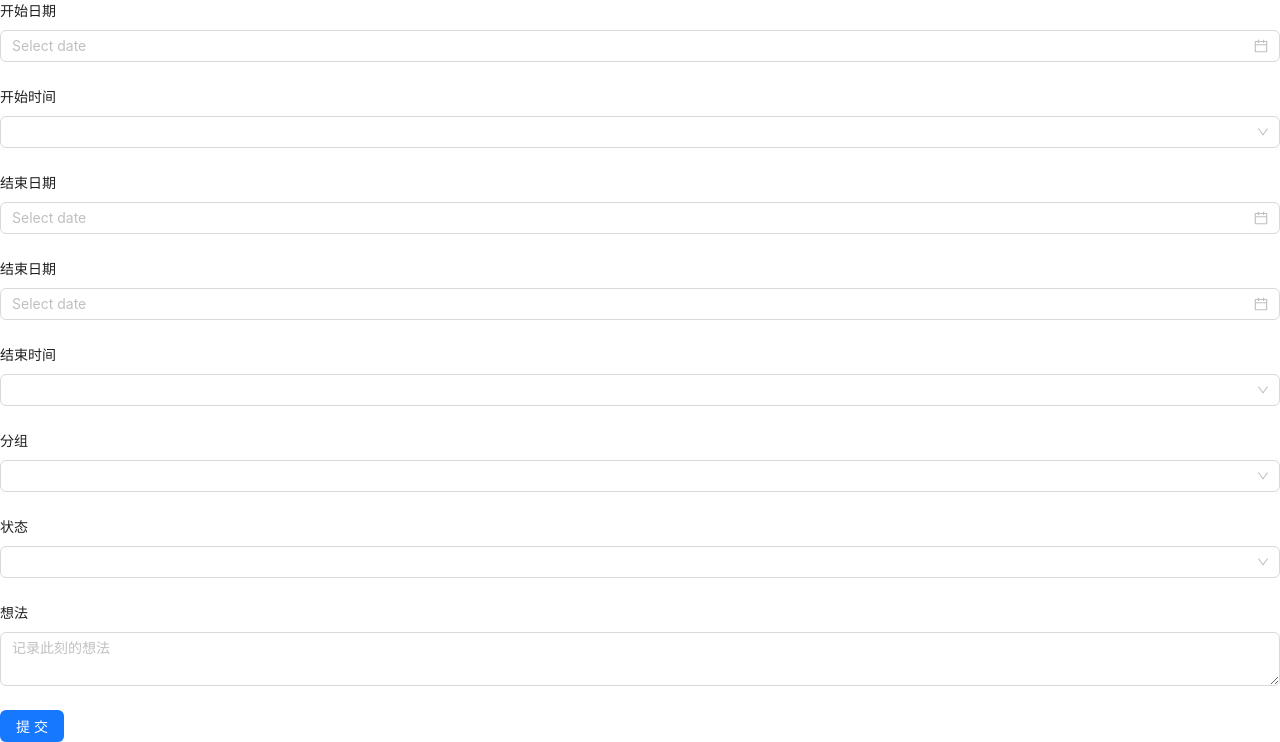
Repository: wujieli0207/time-value-app
Page: /
An editor plug-in stored every save of this project. The page is shown before and after the next save, followed by the edit.
The browser window is 1280 px wide. The pictures show the whole page.
The project was rebuilt for these pictures with package versions that can differ from the ones it lists, and the page was loaded fresh each time. Also part of the build but not shown: vite.config.ts.

Above is the page before, as saved 2024-01-29 11:02:36.

### src/main.tsx
import './style/index.less'

import React from 'react'
import ReactDOM from 'react-dom/client'
import App from './App.tsx'

ReactDOM.createRoot(document.getElementById('root')!).render(
  <React.StrictMode>
    <App />
  </React.StrictMode>
)

### src/App.tsx
import { Button, Form, Input, DatePicker, Select, Space } from 'antd'
import { useMemo } from 'react'
import { generateTimesGap } from '@/utils'
import { ITimeInterface } from '#/time'
import { catagoryConfig, statusConfig } from '@/config/time'

interface FieldType
  extends Pick<ITimeInterface, 'catagoryId' | 'description' | 'status'> {
  startDate: string
  startTime: string
  endDate: string
  endTime: string
}

function App() {
  const timeRange = useMemo(() => {
    return generateTimesGap()
  }, [])

  return (
    <>
      <Form layout="vertical">
        <Form.Item<FieldType> name="startDate" label="开始日期">
          <DatePicker className="w-full" />
        </Form.Item>
        <Form.Item<FieldType> name="startTime" label="开始时间">
          <Select options={timeRange} />
        </Form.Item>
        <Form.Item label="结束日期">
          <DatePicker className="w-full" />
        </Form.Item>
        <Form.Item<FieldType> name="endDate" label="结束日期">
          <DatePicker className="w-full" />
        </Form.Item>
        <Form.Item<FieldType> name="endTime" label="结束时间">
          <Select options={timeRange} />
        </Form.Item>

        <Form.Item<FieldType> name="catagoryId" label="分组">
          <Select>
            {catagoryConfig.map((item) => (
              <Select.Option key={item.value} value={item.value}>
                <Space>
                  <div
                    className="w-2 h-2 rounded-full"
                    style={{ backgroundColor: item.color }}
                  />
                  {item.label}
                </Space>
              </Select.Option>
            ))}
          </Select>
        </Form.Item>

        <Form.Item<FieldType> name="status" label="状态">
          <Select>
            {statusConfig.map((item) => (
              <Select.Option key={item.value} value={item.value}>
                <Space>
                  {/* <div
                    className="w-2 h-2 rounded-full"
                    style={{ backgroundColor: item.color }}
                  /> */}
                  {item.label}
                </Space>
              </Select.Option>
            ))}
          </Select>
        </Form.Item>

        <Form.Item<FieldType> name="description" label="想法">
          <Input.TextArea placeholder="记录此刻的想法" />
        </Form.Item>
      </Form>

      <Button type="primary">提交</Button>
    </>
  )
}

export default App

### src/utils/index.ts
export { dateFormat, generateTimesGap } from './date'

### src/config/time.ts
import { StatusEnum } from '@/enums/time'

export const catagoryConfig = [
  {
    value: 'work',
    label: '工作',
    color: 'red',
  },
  {
    value: 'improve',
    label: '自我提升',
    color: 'blue',
  },
  {
    value: 'live',
    label: '生活',
    color: 'green',
  },
  {
    value: 'boring',
    label: '无聊',
    color: 'gray',
  },
]

export const statusConfig = [
  {
    value: StatusEnum.GOOD,
    label: '还不错',
  },
  {
    value: StatusEnum.MIDDLE,
    label: '一般般',
  },
  {
    value: StatusEnum.BAD,
    label: '不太行',
  },
]

### src/utils/date.ts
import dayjs, { ConfigType } from 'dayjs'
import { DateFormatEnum } from '@/enums/global'

/**
 * @description 日期格式化
 */
export function dateFormat(
  date: ConfigType,
  fmt = DateFormatEnum.DATE
): string {
  if (date) {
    const result = dayjs(date).format(fmt)
    return result === 'Invalid date' ? '' : result
  }

  return ''
}

/**
 * @description 按照每 15 分钟到间隔，生成时间选择列表
 */
export function generateTimesGap(): Array<Record<'label' | 'value', string>> {
  const times = []
  for (let i = 0; i < 24; i++) {
    for (let j = 0; j < 60; j += 15) {
      const date = new Date()
      date.setHours(i, j)
      const isPM = i >= 12
      const hour = isPM ? i - 12 : i
      const minute = j < 10 ? '0' + j : j
      const label = `${isPM ? '下午' : '上午'} ` + hour + ':' + minute
      times.push({
        label: label,
        value: dateFormat(date, DateFormatEnum.MINUTE),
      })
    }
  }
  return times
}

### src/enums/time.ts
export enum StatusEnum {
  GOOD = 'GOOD',
  MIDDLE = 'MIDDLE',
  BAD = 'BAD',
}

### src/enums/global.ts
export enum ThemeEnum {
  SYSTEM = 'system', // 跟随系统
  LIGHT = 'light',
  DARK = 'dark',
}

export enum LanguageEnum {
  ZH_CN = 'zh-CN',
  EN_US = 'en-US',
}

export enum DateFormatEnum {
  DATE = 'YYYY-MM-DD',
  DATE_TIME = 'YYYY-MM-DD HH:mm:ss',
  DATE_MINUTE = 'YYYY-MM-DD HH:mm',
  MINUTE = 'HH:mm',
}

Loaded but not shown: index.html (common file); src/style/index.less (common file); tailwind.config.js (common file)

After the next save:
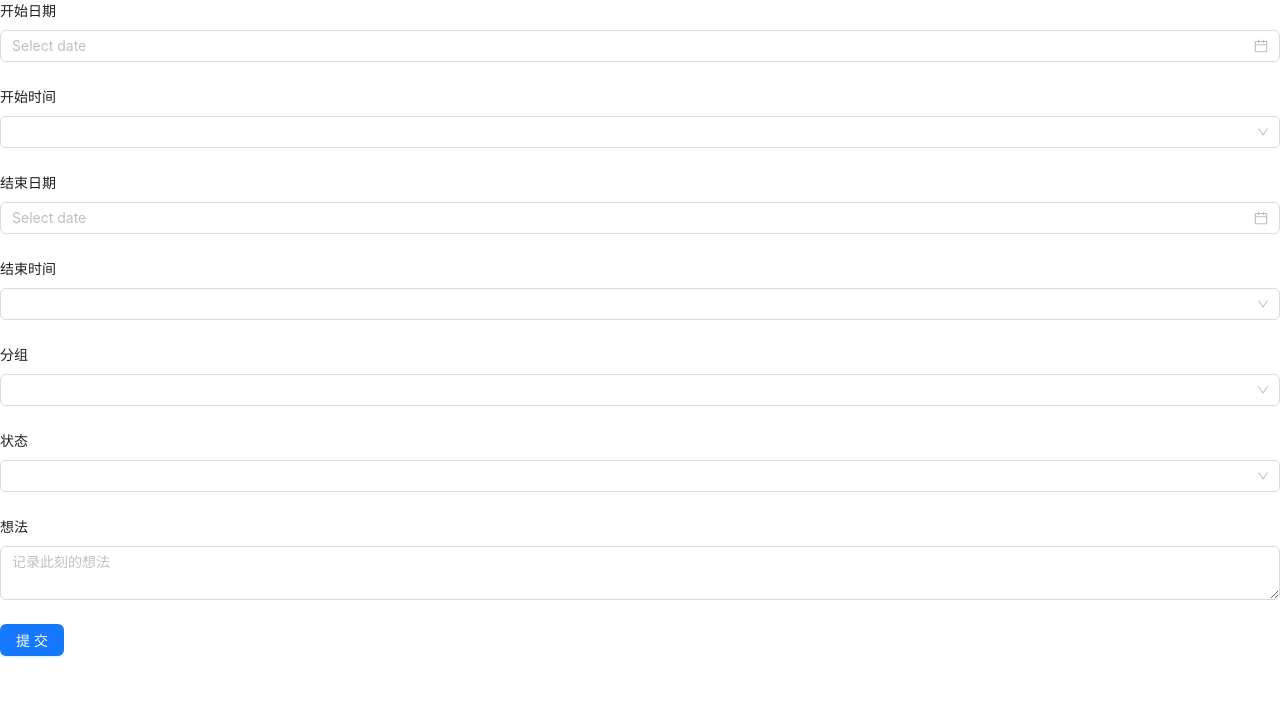
Saved 29 s later.
--- a/src/App.tsx
+++ b/src/App.tsx
@@ -25,9 +25,6 @@ function App() {
         </Form.Item>
         <Form.Item<FieldType> name="startTime" label="开始时间">
           <Select options={timeRange} />
-        </Form.Item>
-        <Form.Item label="结束日期">
-          <DatePicker className="w-full" />
         </Form.Item>
         <Form.Item<FieldType> name="endDate" label="结束日期">
           <DatePicker className="w-full" />
